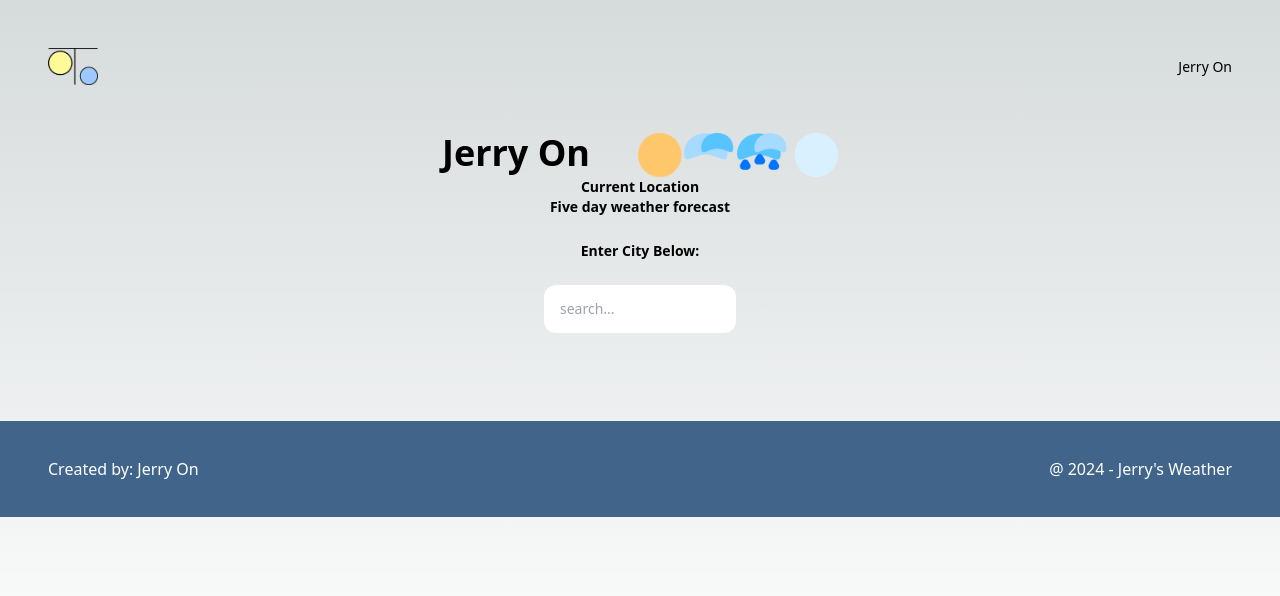
Repository: JerryWuOn/weatherAppMid
Page: /
These files come from the project's save history. The page is drawn as it stood at one moment and after the next save; the edit follows.
The browser window is 1280 px wide. The pictures show the whole page.
The project was rebuilt for these pictures with package versions that can differ from the ones it lists, and the page was loaded fresh each time. The framework's server and built-in components were replaced by stand-ins that run in the browser. Also part of the build but not shown: next.config.mjs.

Above is the page before, as saved 2024-02-12 20:02:35.

### src/pages/index.tsx

import Image from "next/image";
import Header from "@/components/Header";
import Footer from "@/components/Footer";
import { useState} from "react";
import Clouds from '../../public/images/clouds.png'

export default function Home() {
  const [data,setData] = useState<IWeather | null>(null);
  const [forcast,setForcast] = useState<IForecast| null>(null);

  const [city, setCity] = useState('');

    const handleLocation = (jerry) => {
        setCity(jerry.target.value);
    }

    const formatDate = (timestamp) => {
      return new Date(timestamp * 1000).toLocaleDateString('en-Ca', {
        year: 'numeric',
        month: 'long',
        day: 'numeric',
      });
    };

    const handleSubmit = (jerry) => {
        jerry.preventDefault();
        const apiKey = "fa86376a0b2615057a19374755185488"
        const API_URL = `https://api.openweathermap.org/data/2.5/weather?q=${city}&units=metric&appid=${apiKey}`
        const API_fiveDay = `https://api.openweathermap.org/data/2.5/forecast?q=${city}&units=metric&appid=${apiKey}`


      fetch(API_URL)
      .then(response => response.json())
      .then(response => {
        console.log(response);
        setData(response);
      })
      .catch(err => {
        console.log(err);
      })

      fetch(API_fiveDay)
      .then(response => response.json())
      .then(response => {
        console.log(response);
        setForcast(response);
      })
      .catch(err => {
        console.log(err);
      })
    }



  return (
    <main className="flex flex-col min-h-screen w-full">
      <div className="flex flex-col w-5xl justify-between w-full items-center  text-sm ">
        <div className="flex flex-row w-full items-center justify-between gap-x-4 p-12">
          <Header></Header>
        </div>
        <div className="flex flex-col justify-center text-center w-full items-center">
          <div className="flex flex-row">
            <div className="font-bold text-4xl">Jerry On</div>
            <div className="pl-12">
              <Image src={Clouds} alt="clouds" width={200}/>
            </div>
          </div>
          <div className="font-bold">Current Location</div>
          <div className="font-bold mb-6">Five day weather forecast</div>
          <div className="font-bold mb-6">Enter City Below:</div>
          <form onSubmit={handleSubmit}>
            <input className="rounded-xl h-12 w-48 p-4 mb-6" type="text" placeholder="search..." value={city} onChange={handleLocation}/>
          </form>

          {data && data.main && data.weather && data.wind && data.dt &&(
            <div className="flex flex-col w-full px-12 ">
              {data.weather.map((d, index)=> (
                <div key={index}>
                  <div className="flex w-full flex-start items-start">
                    <div className="flex flex-col">
                      <h1 className="text-6xl">{city}</h1>
                    </div>
                  </div>
                  <h1 className="flex flex-start text-2xl">Current Weather: {d.main}</h1>
                  <h1 className="flex flex-start text-2xl">Temperature: {data.main.temp.toFixed(1)}</h1>
                  <h1 className="flex flex-start text-2xl">Wind: {data.wind.speed.toFixed(1)}</h1>
                  <h1 className="flex flex-start text-2xl">Date: {formatDate(data.dt)}</h1>
                </div>
              ))}
            </div>
          )}

          {forcast && forcast.list && (
            <div className="flex flex-row w-full px-12 mt-12 gap-x-6">
              <h1 className="flex flex-start text-2xl pr-24">5 Day Forecast</h1>
              {forcast.list.slice(0,5).map((d, index)=> (
                <div key={index}>
                  <h1 className="flex text-md">Temperature in Celsius: {d.main.temp.toFixed(1)}</h1>
                  {d.weather.map((d, index)=> (
                <div key={index}>
                  <h1 className="flex text-md">Weather: {d.main}</h1>

                </div>

              ))}
              {d.weather.map((d, index)=> (
                <div key={index}>
                  <h1 className="flex text-md">Description: {d.description}</h1>
                </div>
              ))}
                <h1 className="flex text-md">Wind Speed: {d.wind.speed}</h1>
                <h1 className="flex text-md mt-12">Date: {formatDate(d.dt)}</h1>
                </div>
              ))}

            </div>
          )}

        </div>
        </div>

        <div className="flex bg-footer w-full bg-fixed text-white mt-16 px-12">
          <div className="flex h-24 w-full items-center justify-between">
            <Footer/>
          </div>
        </div>

    </main>
  );
}

### src/components/Header/index.tsx
import { useState } from "react"
import Image from "next/image"

import Logo from "../../../public/images/jerryWeather.png"


export default function Header(){
    return (
        <div className="flex w-full">
            <div className="flex flex-row w-full items-center justify-between gap-x-4 ">
                <div className="flex justify-between">
                    <Image src={Logo} alt="logo" width={50} height={50}/>
                </div>
                <div className="flex justify-between">
                    <h1>Jerry On</h1>
                </div>
            </div>
        </div>
    )
}

### src/components/Footer/index.tsx
export default function Footer(){
    return (
        <div className="flex w-full items-center ">
            <div className="flex w-full items-center justify-between">
                <div className="flex px-18">
                    Created by: Jerry On
                </div>
                <div className="flex px-18">
                    @ 2024 - Jerry's Weather
                </div>
            </div>
        </div>
    )
}

### tailwind.config.ts
import type { Config } from "tailwindcss";

const config: Config = {
  content: [
    "./src/pages/**/*.{js,ts,jsx,tsx,mdx}",
    "./src/components/**/*.{js,ts,jsx,tsx,mdx}",
    "./src/app/**/*.{js,ts,jsx,tsx,mdx}",
  ],
  theme: {
    colors: {
      'footer' : '#41658A',
      'white' : '#FFFFFF'
    },
    extend: {
      backgroundImage: {
        "gradient-radial": "radial-gradient(var(--tw-gradient-stops))",
        "gradient-conic":
          "conic-gradient(from 180deg at 50% 50%, var(--tw-gradient-stops))",
      },
    },
  },
  plugins: [],
};
export default config;

Loaded but not shown: src/pages/_app.tsx (common file); src/pages/_document.tsx (common file); src/styles/globals.css (common file)

After the next save:
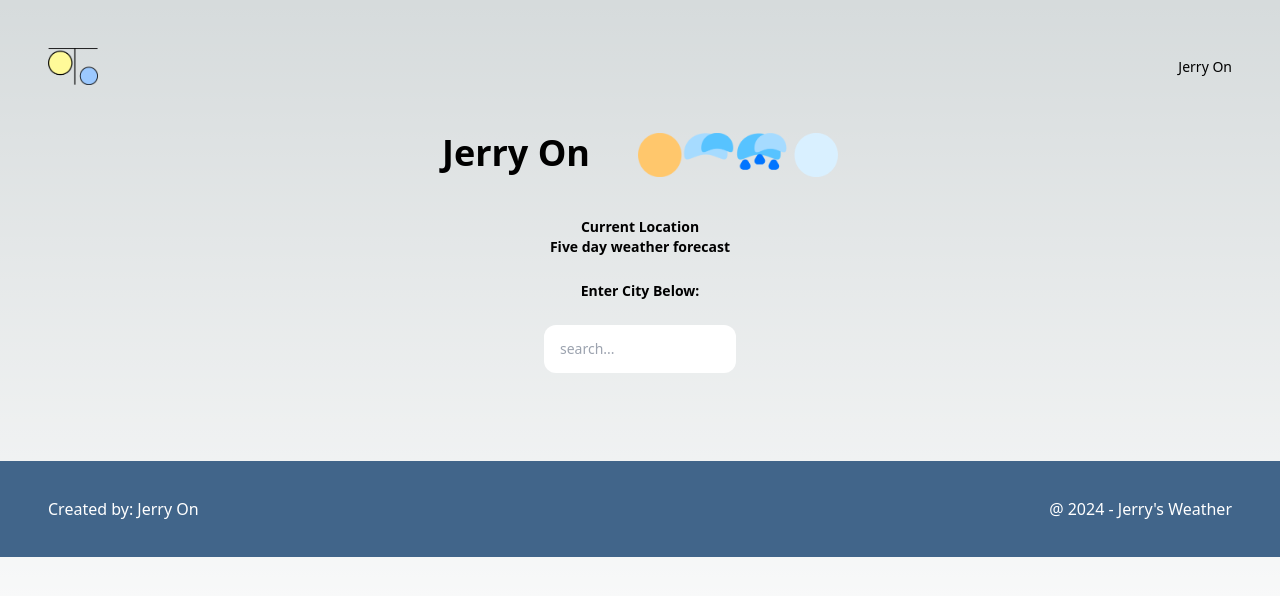
Saved 10 s later.
--- a/src/pages/index.tsx
+++ b/src/pages/index.tsx
@@ -60,7 +60,7 @@ export default function Home() {
           <Header></Header>
         </div>
         <div className="flex flex-col justify-center text-center w-full items-center">
-          <div className="flex flex-row">
+          <div className="flex flex-row mb-10">
             <div className="font-bold text-4xl">Jerry On</div>
             <div className="pl-12">
               <Image src={Clouds} alt="clouds" width={200}/>
